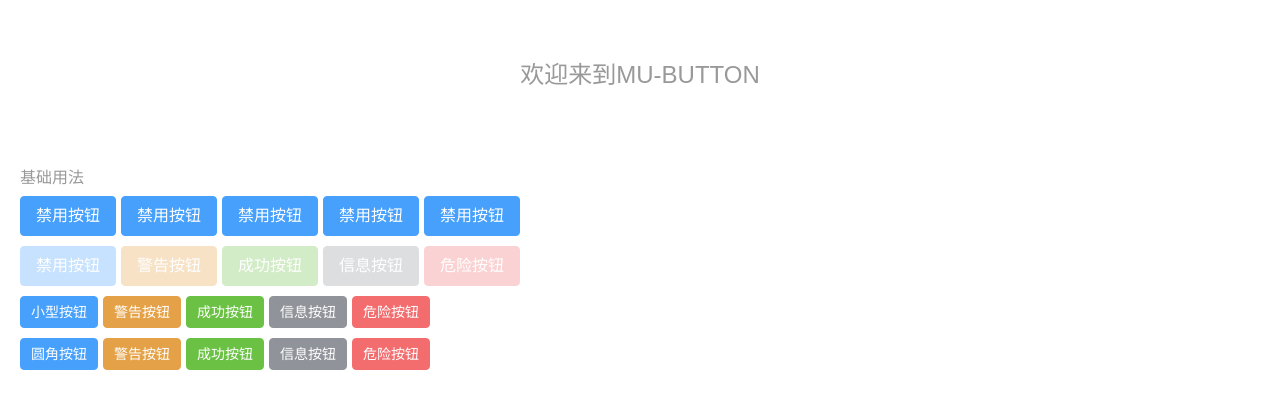
Repository: HuoXiaoYe/huoxiaoye_mumu
Page: /
An editor plug-in stored every save of this project. The page is shown before and after the next save, followed by the edit.
The browser window is 1280 px wide. The pictures show the whole page.
The project was rebuilt for these pictures with package versions that can differ from the ones it lists, and the page was loaded fresh each time.

Above is the page before, as saved 2020-07-04 17:40:58.

After the next save:
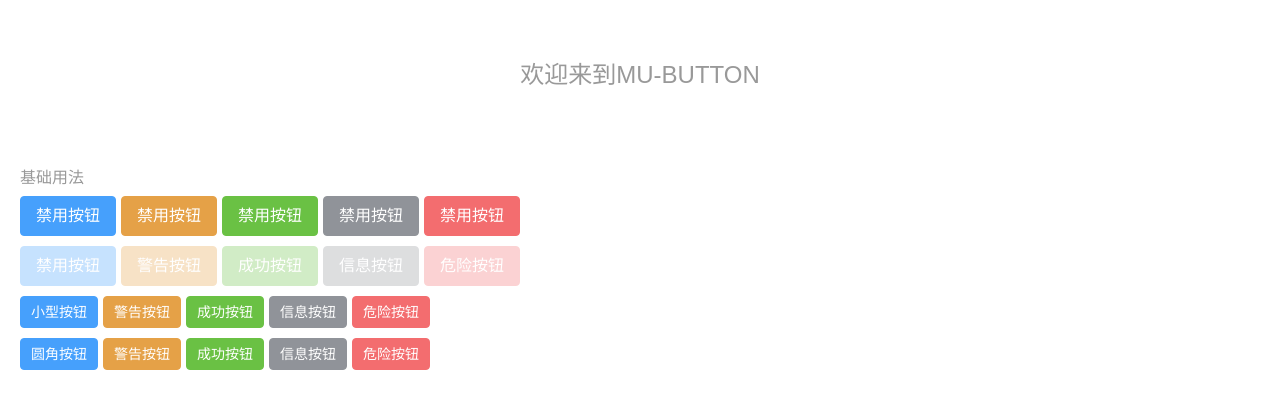
Saved 14 s later.
--- a/src/pages/buttonWrap/buttonWrap.tsx
+++ b/src/pages/buttonWrap/buttonWrap.tsx
@@ -42,7 +42,7 @@ function ButtonWrap() {
                     {
                         buttonList.map((item)=>{
                             return (
-                                <li><MUButton >禁用按钮</MUButton></li>
+                                <li><MUButton type={item.type}>禁用按钮</MUButton></li>
                             )
                         })
                     }
